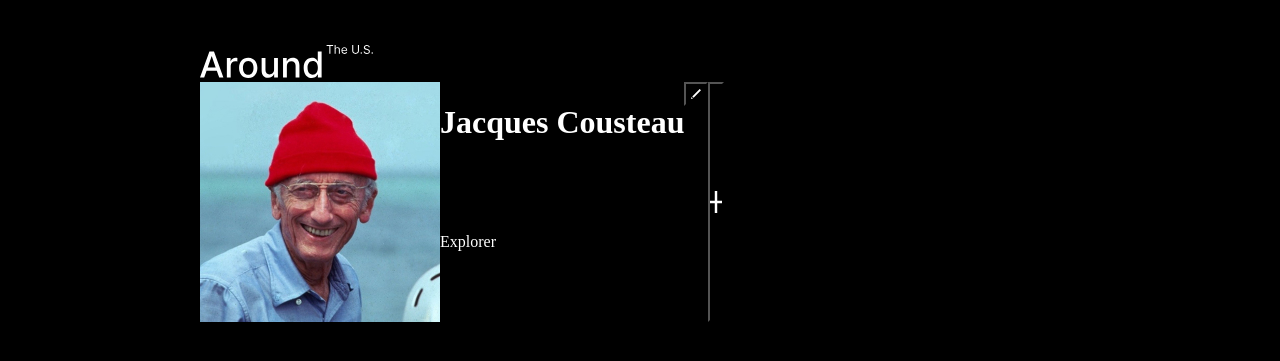
Repository: al-XLeMEsTRE/Around-The-U.S
Page: index.html
An editor plug-in stored every save of this project. The page is shown before and after the next save, followed by the edit.
The browser window is 1280 px wide. The pictures show the whole page.

Above is the page before, as saved 2023-12-12 13:41:39.

After the next save:
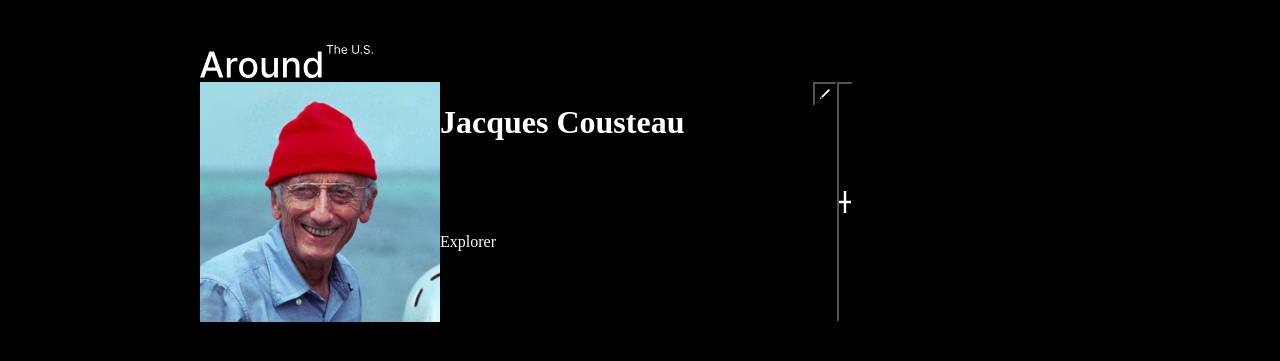
Saved 35 s later.
--- a/blocks/page.css
+++ b/blocks/page.css
@@ -19,7 +19,7 @@
   grid-template-areas:
     "title button"
     "description description";
-  grid-template-columns: minmax(auto 373px) auto;
+  grid-template-columns: minmax(auto, 373px) auto;
 }
 .profile__edit-button {
   background: transparent url(../images/edit-button.svg) center no-repeat;
